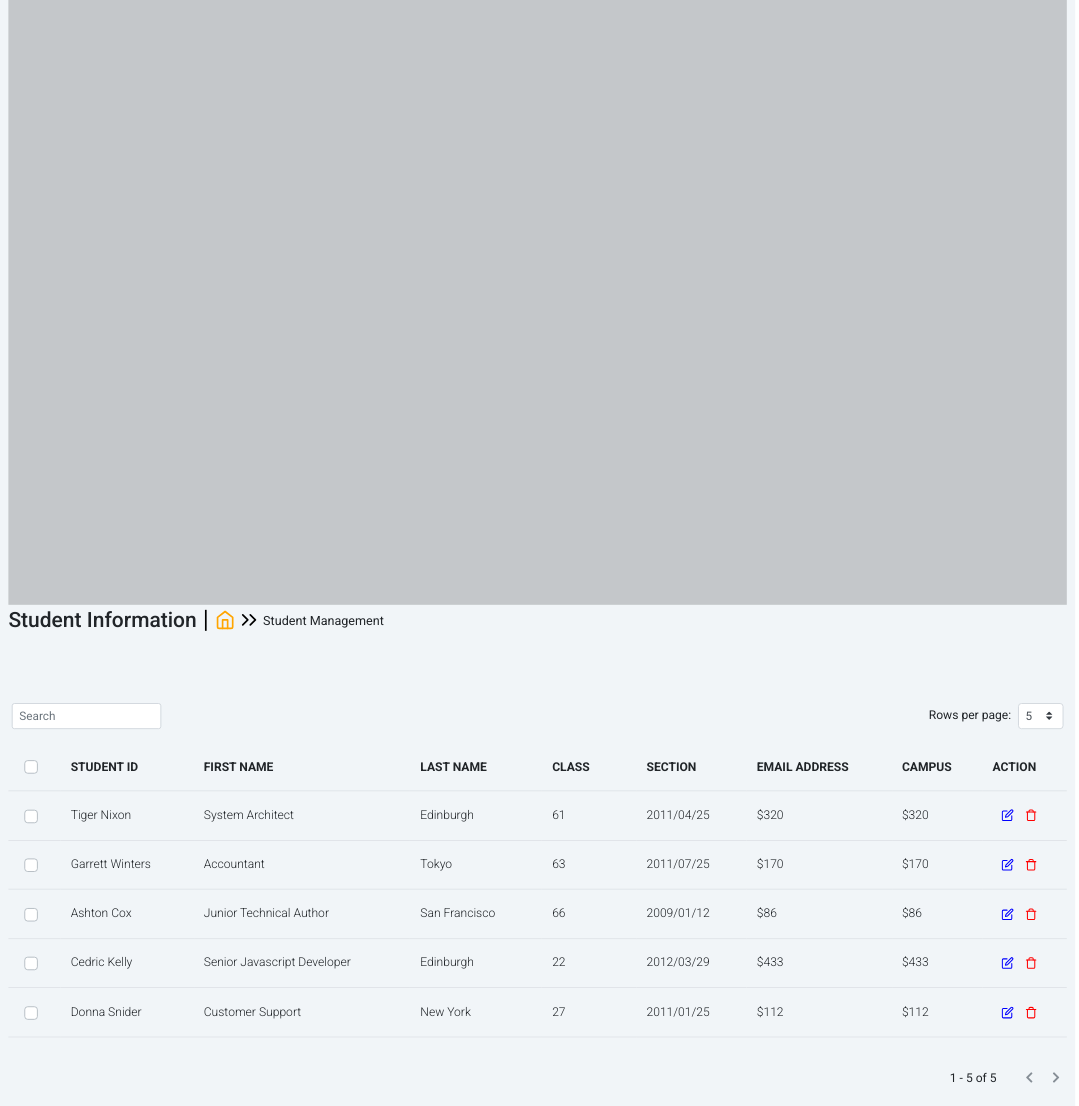
Repository: deepakrajput1998/hestabit_assignment
Page: /
An editor plug-in stored every save of this project. The page is shown before and after the next save, followed by the edit.
The browser window is 1280 px wide. The page is 1285 px wide, so the pictures cover 1285 px, including what lies to the right of the window. The pictures show the whole page, at 84% of full size.
The project was rebuilt for these pictures with package versions that can differ from the ones it lists, and the page was loaded fresh each time.

Above is the page before, as saved 2021-07-25 05:17:57.

After the next save:
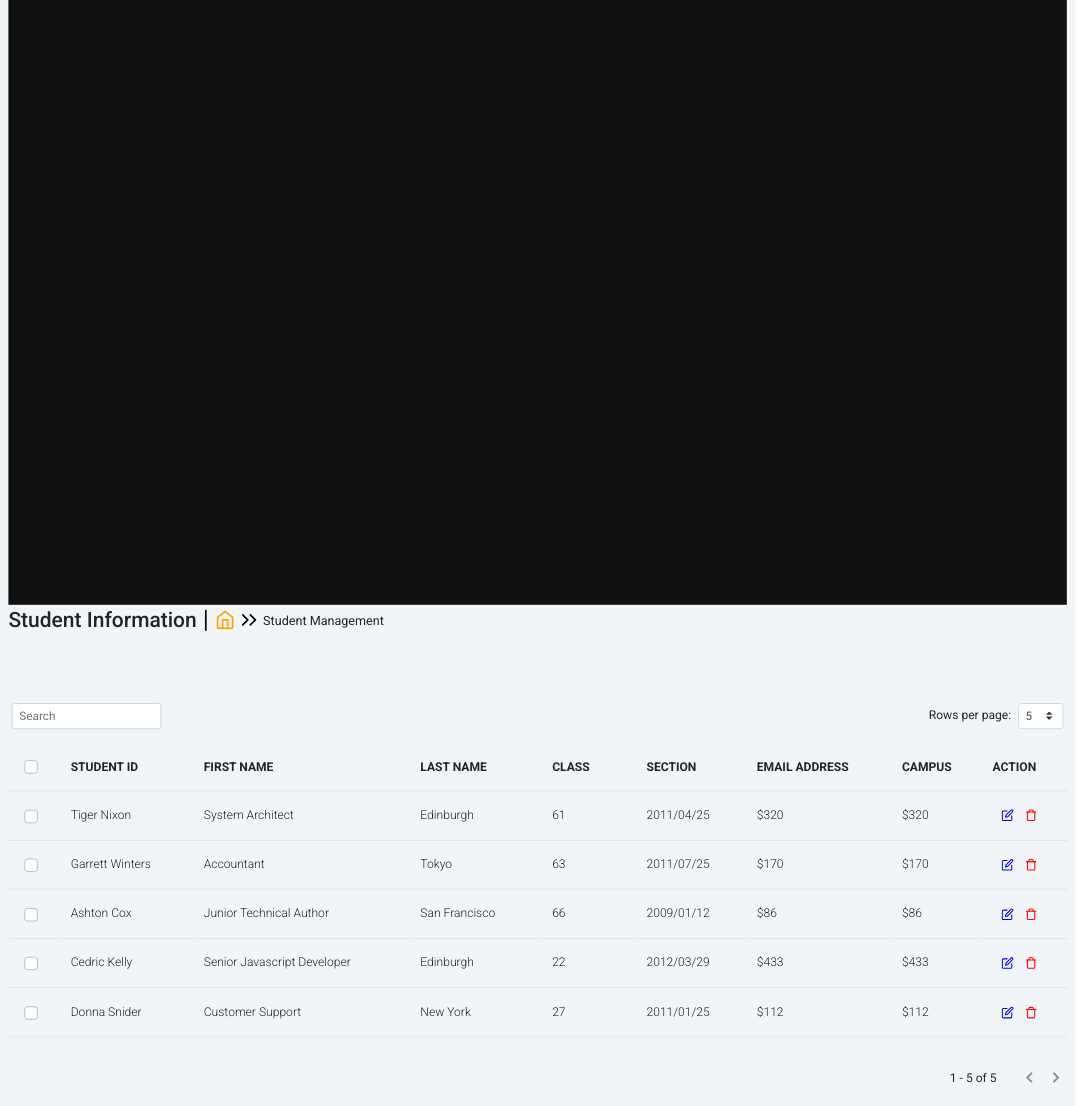
Saved 35 s later.
--- a/src/Component/Common/Backdrop/Backdrop.module.css
+++ b/src/Component/Common/Backdrop/Backdrop.module.css
@@ -2,5 +2,5 @@
   width: 100%;
   height: 100vh;
   background-color: #111;
-  opacity: 0.2;
+
 }

After the save that followed:
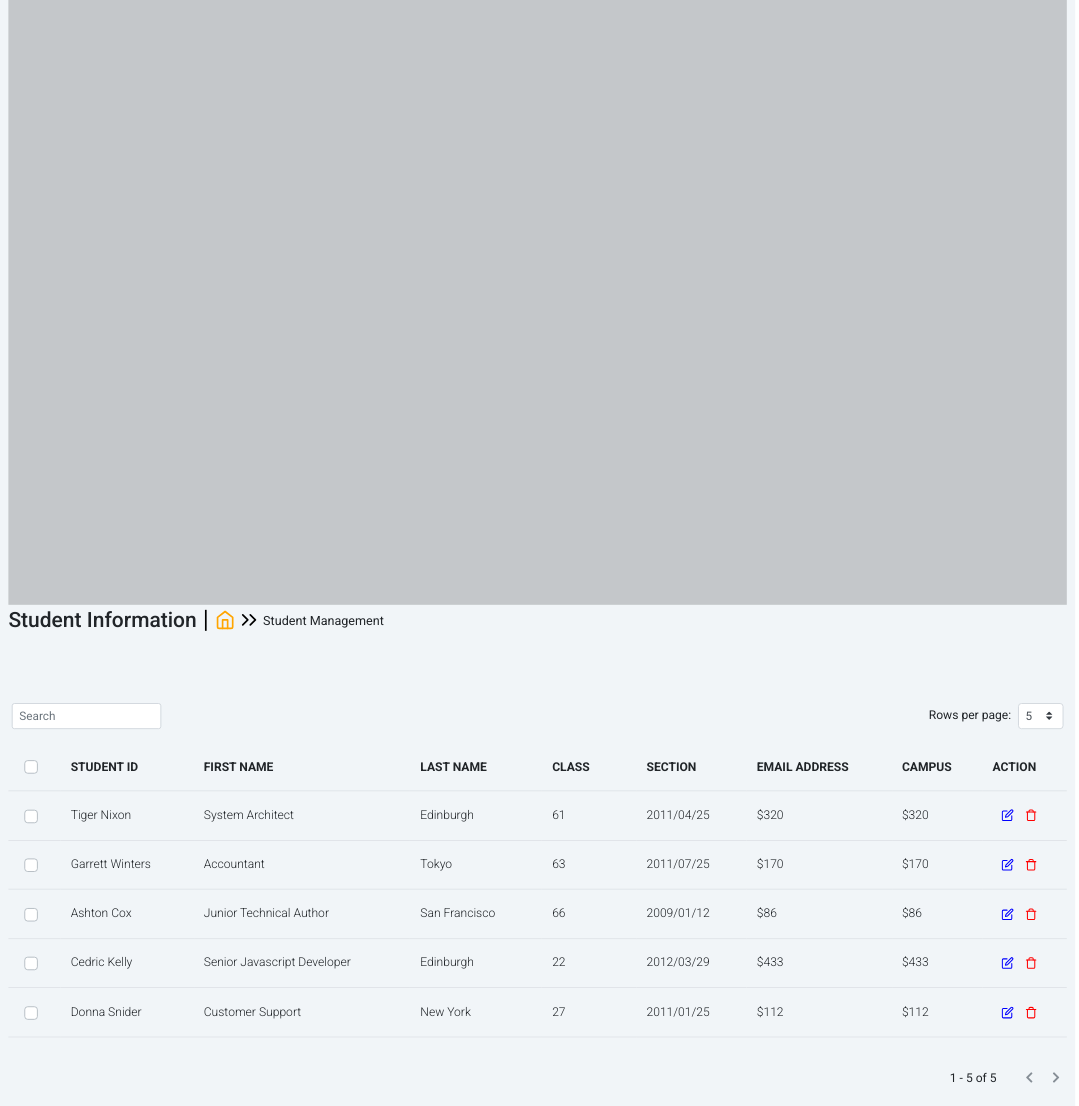
Saved 9 s later.
--- a/src/Component/Common/Backdrop/Backdrop.module.css
+++ b/src/Component/Common/Backdrop/Backdrop.module.css
@@ -2,5 +2,5 @@
   width: 100%;
   height: 100vh;
   background-color: #111;
-
+  opacity: 0.2;
 }
